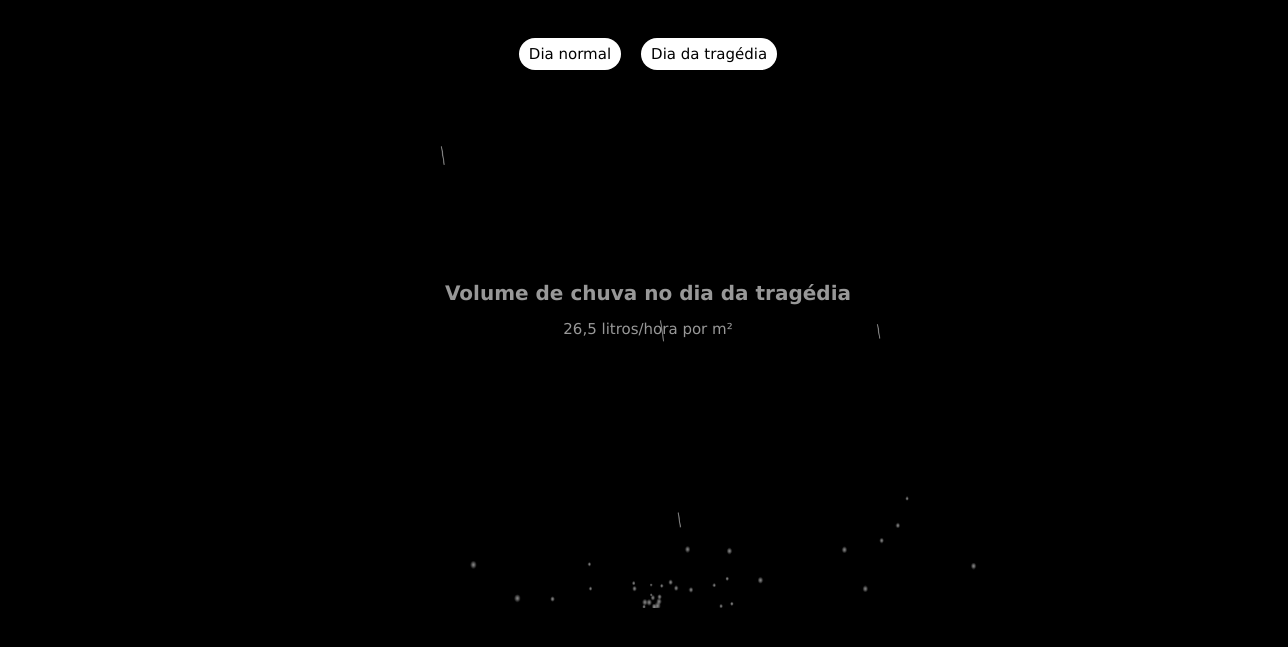
Repository: lucasthaynan/chuvas-estadao
Page: index.html
An editor plug-in stored every save of this project. The page is shown before and after the next save, followed by the edit.
The browser window is 1280 px wide. The page is 1288 px wide, so the pictures cover 1288 px, including what lies to the right of the window. The pictures show the whole page.

Above is the page before, as saved 2023-02-24 11:44:27.
Console error: ReferenceError: dat is not defined

After the next save:
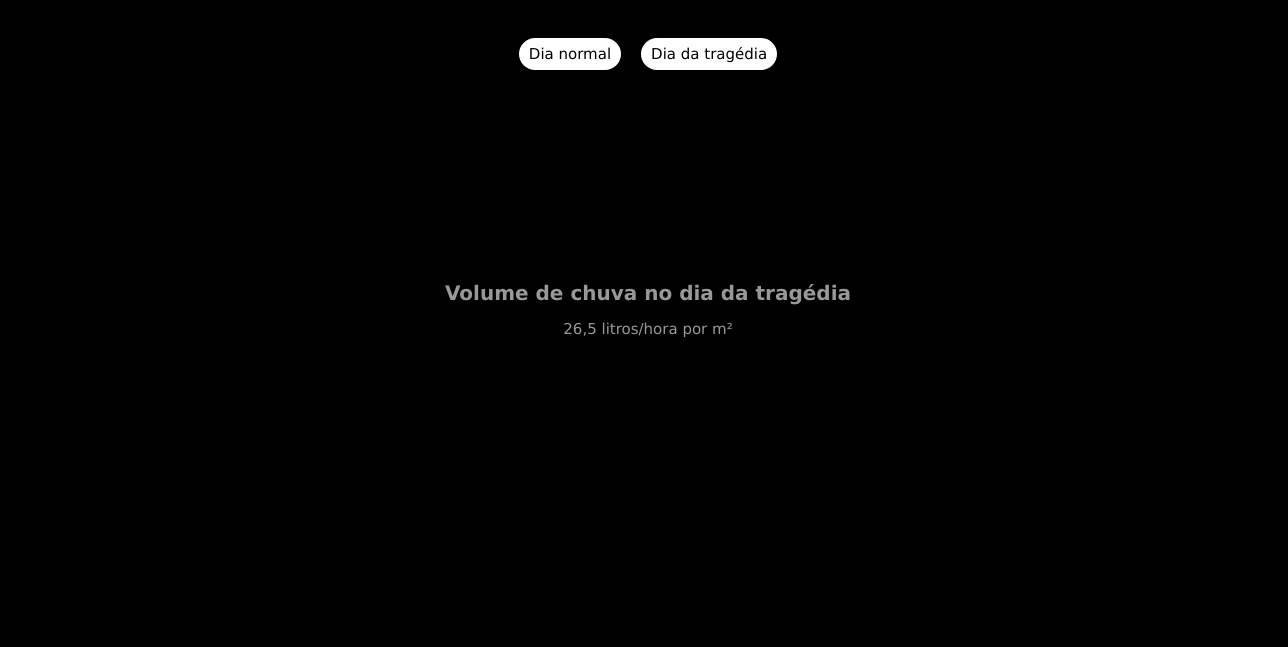
Console error: TypeError: Cannot read properties of null (reading 'addEventListener')
Saved 28 s later.
--- a/main.js
+++ b/main.js
@@ -75,6 +75,22 @@
 
 // demo initialization (should only run once)
 demo.init = function() {
+	let btnNormal = document.querySelector("div.btn-normal")
+	let btnTragedia = document.querySelector("div.btn-tragedia")
+
+	btnNormal.addEventListener("click", e => {
+		console.log("normal")
+		demo.drop_delay = 156
+		demo.wind = 5
+		console.log("normal")
+	})
+
+	btnTragedia.addEventListener("click", e => {
+		console.log("tragedia")
+		demo.drop_delay = 2.5
+		demo.wind = 15
+		console.log("tragedia")
+	})
 	if (!demo.started) {
 		demo.started = true;
 		demo.canvas = document.getElementById('canvas');

After the save that followed:
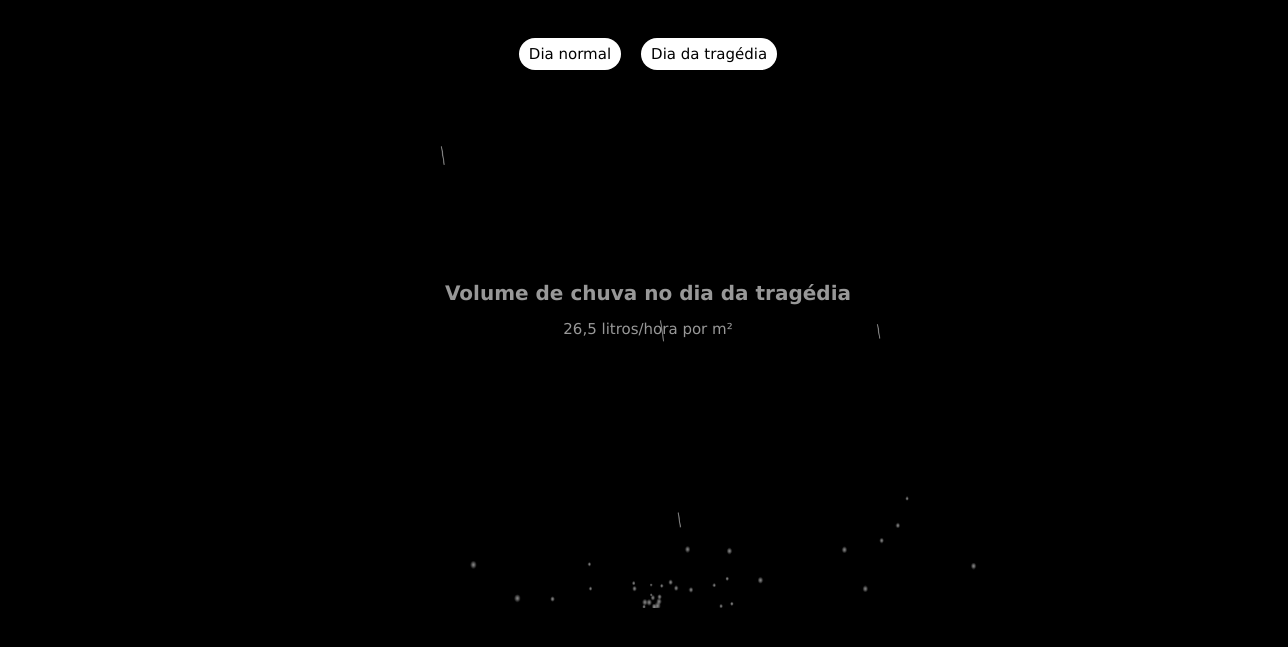
Console error: ReferenceError: dat is not defined
Saved 10 s later.
--- a/main.js
+++ b/main.js
@@ -75,22 +75,7 @@
 
 // demo initialization (should only run once)
 demo.init = function() {
-	let btnNormal = document.querySelector("div.btn-normal")
-	let btnTragedia = document.querySelector("div.btn-tragedia")
-
-	btnNormal.addEventListener("click", e => {
-		console.log("normal")
-		demo.drop_delay = 156
-		demo.wind = 5
-		console.log("normal")
-	})
-
-	btnTragedia.addEventListener("click", e => {
-		console.log("tragedia")
-		demo.drop_delay = 2.5
-		demo.wind = 15
-		console.log("tragedia")
-	})
+
 	if (!demo.started) {
 		demo.started = true;
 		demo.canvas = document.getElementById('canvas');
